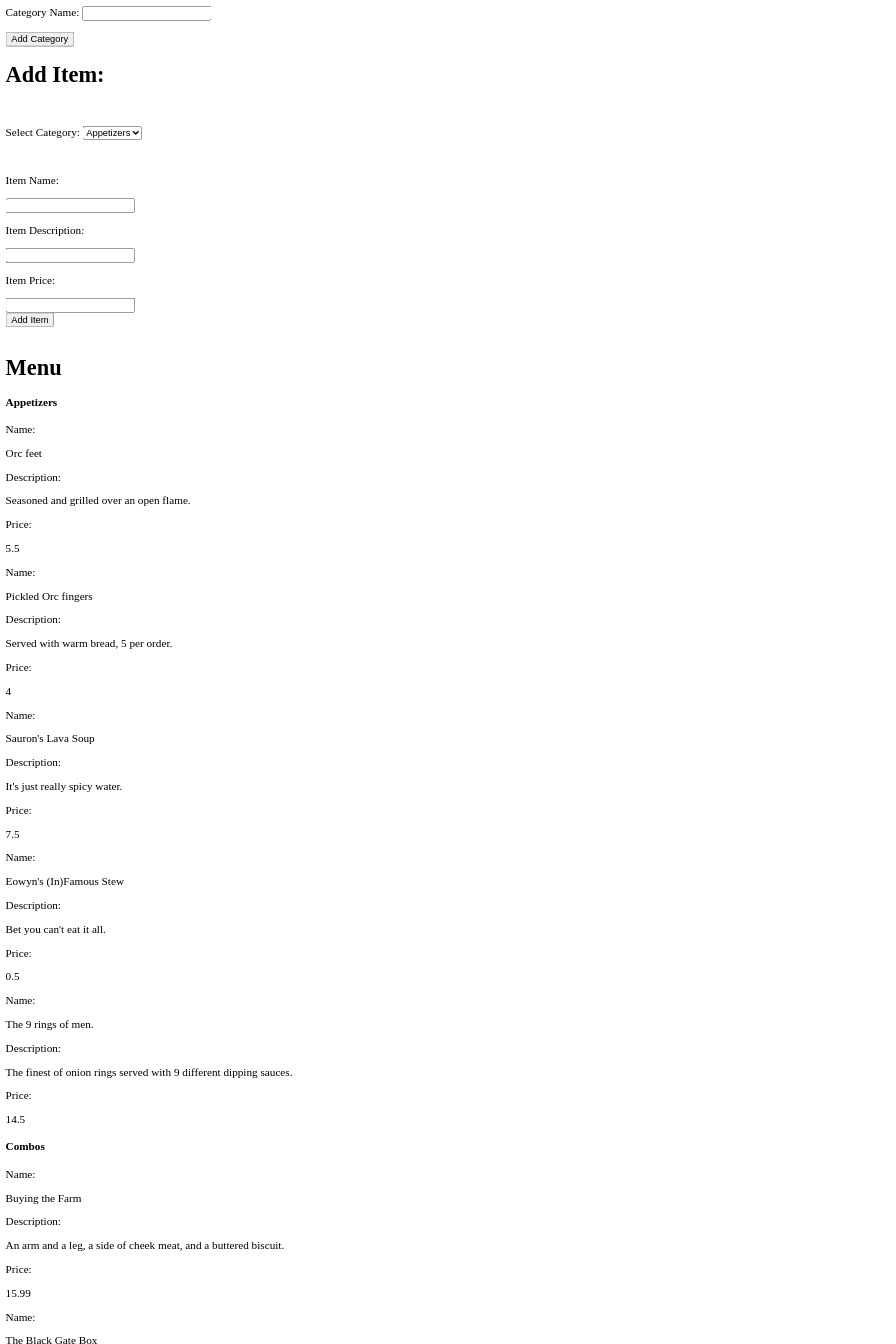
Repository: hudaali14/Carleton
Page: http://localhost/restaurants/0
The author's editor kept a copy of each file at every save. The page is drawn from the files as they stood at one save, then again after the next save.
The browser window is 1280 px wide. The pictures show the part of the page from y = 358 to 2278 px (the page is 3937 px tall before and 3851 px after), at 70% of full size.
The page is served by the project's Node server (server.js).

Above is the page before, as saved 2020-03-13 15:21:17.
Console error (its wording comes from the project's code and is left out).

After the next save:
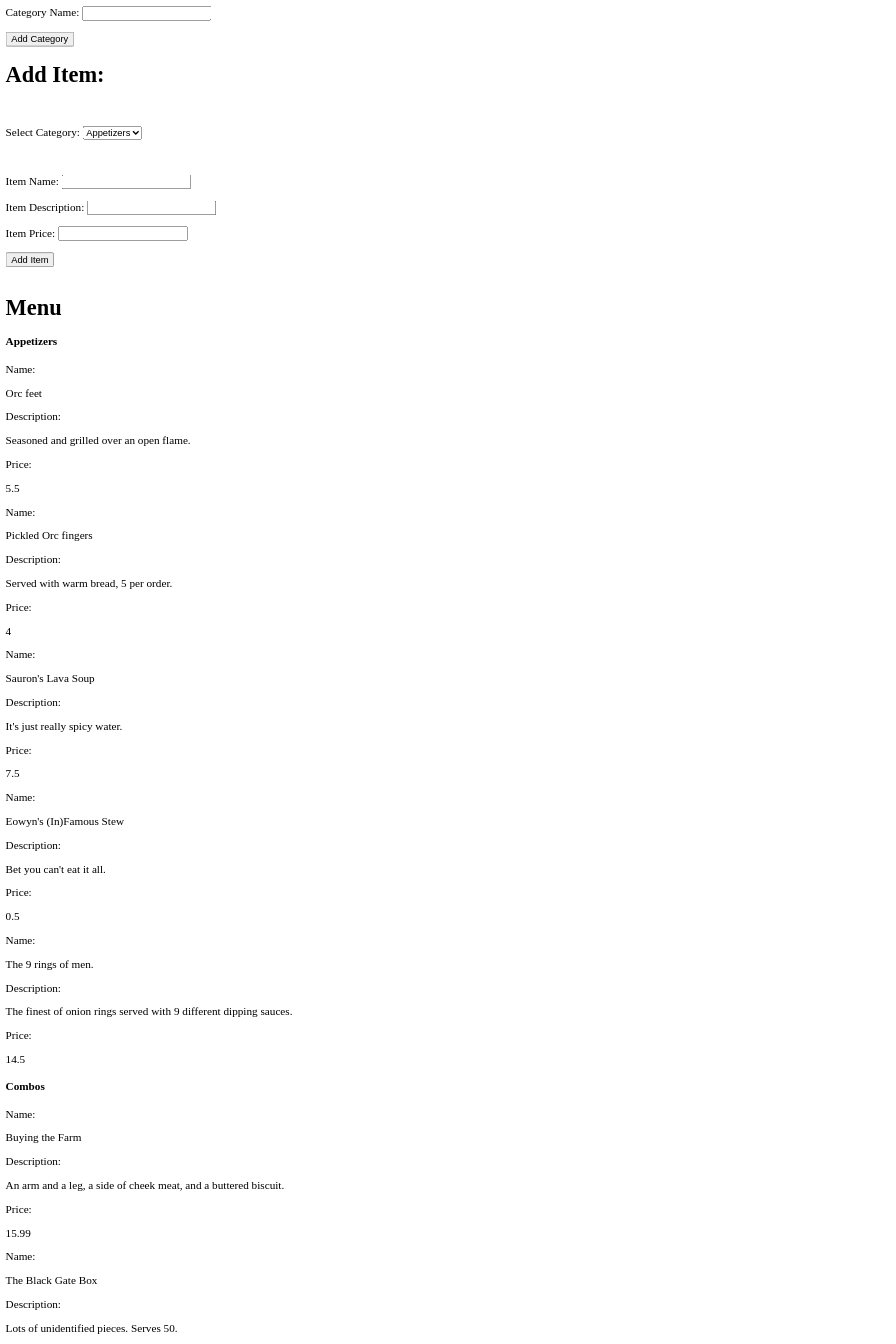
Saved 30 s later.
--- a/2406/Assignments/Assignment3 (100)/views/pages/restaurantpage.pug
+++ b/2406/Assignments/Assignment3 (100)/views/pages/restaurantpage.pug
@@ -35,16 +35,14 @@ body
     br
     p
         | Item Name:
-    input(type= "text", id="itemname")
-    br
+        input(type= "text", id="itemname")
     p
         | Item Description:
-    input(type= "text", id="itemdescription")
-    br
+        input(type= "text", id="itemdescription")
     p
         | Item Price:
-    input(type= "text", id="itemprice")
-    br
+        input(type= "text", id="itemprice")
+
     button(type="button", id="additembutton") Add Item
     br
     br
